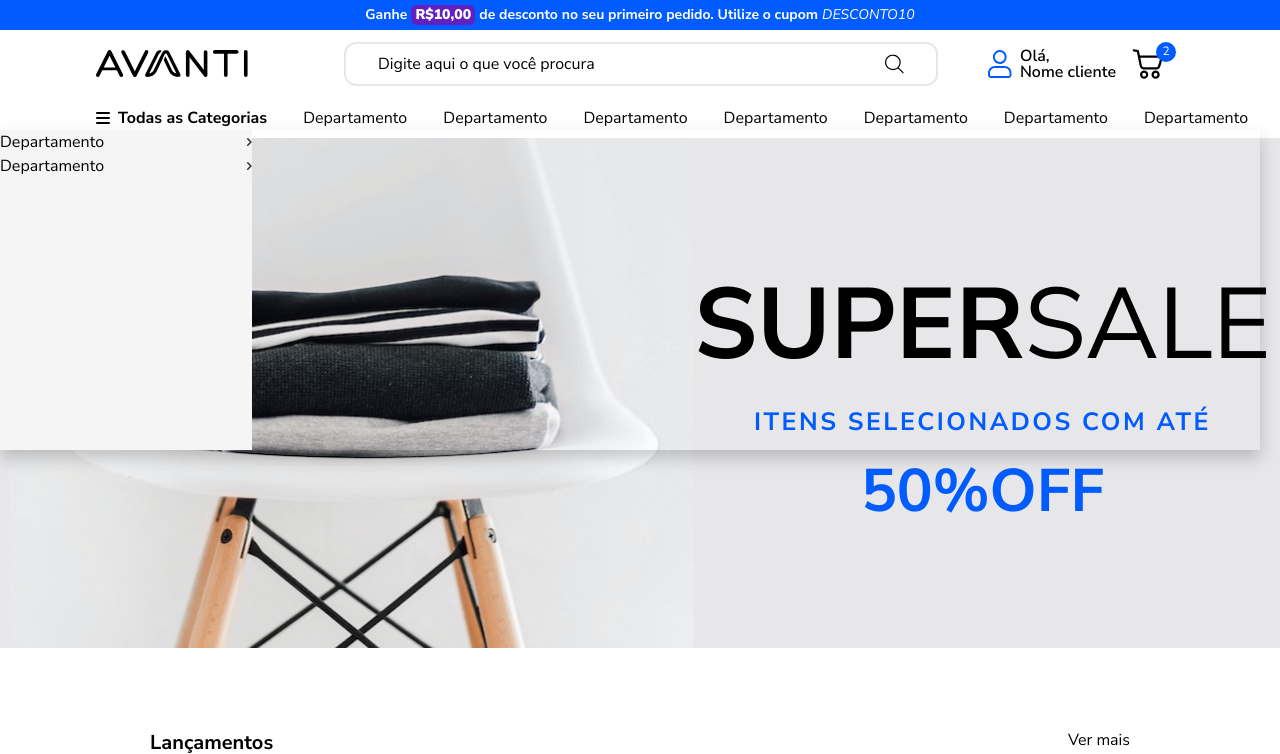
Repository: chidekina/avanti-01
Page: index.html
The author's editor kept a copy of each file at every save. The page is drawn from the files as they stood at one save, then again after the next save.
The browser window is 1280 px wide. The pictures show the part of the page from y = 0 to 754 px (the page is 4120 px tall).
A picture or video elsewhere on the page could not be fetched, so the positions and the page height are approximate.

Above is the page before, as saved 2025-04-11 20:00:55.
Console error: TypeError: Cannot set properties of null (setting 'innerHTML')

After the next save:
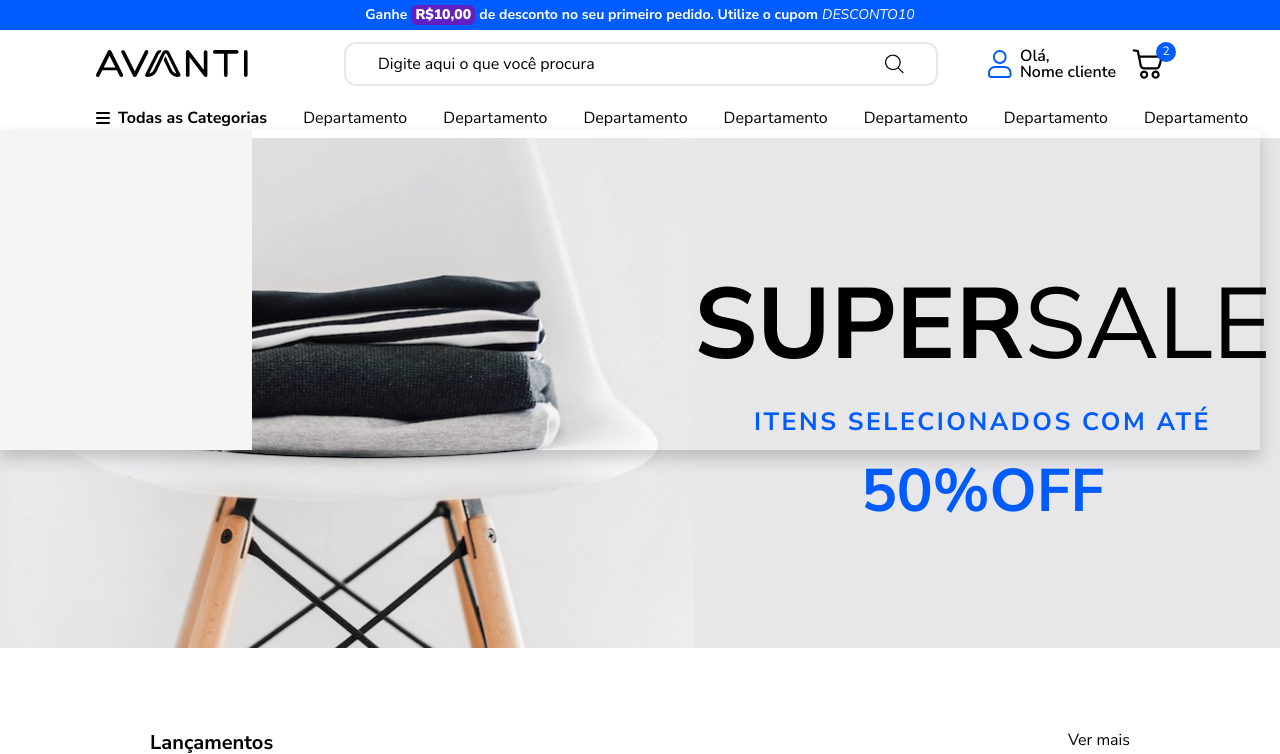
Saved 12 s later.
--- a/index.html
+++ b/index.html
@@ -79,18 +79,6 @@
       </div>
       <div class="flex w-[1260px] h-[320px]" id="dropdown-content">
         <ul class="bg-(--bg-lighter) overflow-y-scroll w-1/5" id="categories-list">
-          <li class="flex justify-between">
-            <p>
-              Departamento
-            </p>
-            <img src="./assets/arrow.svg" alt="imagem de flecha" />
-          </li>
-          <li class="flex justify-between">
-            <p>
-              Departamento
-            </p>
-            <img src="./assets/arrow.svg" alt="imagem de flecha" />
-          </li>
         </ul>
       </div>
     </header>
